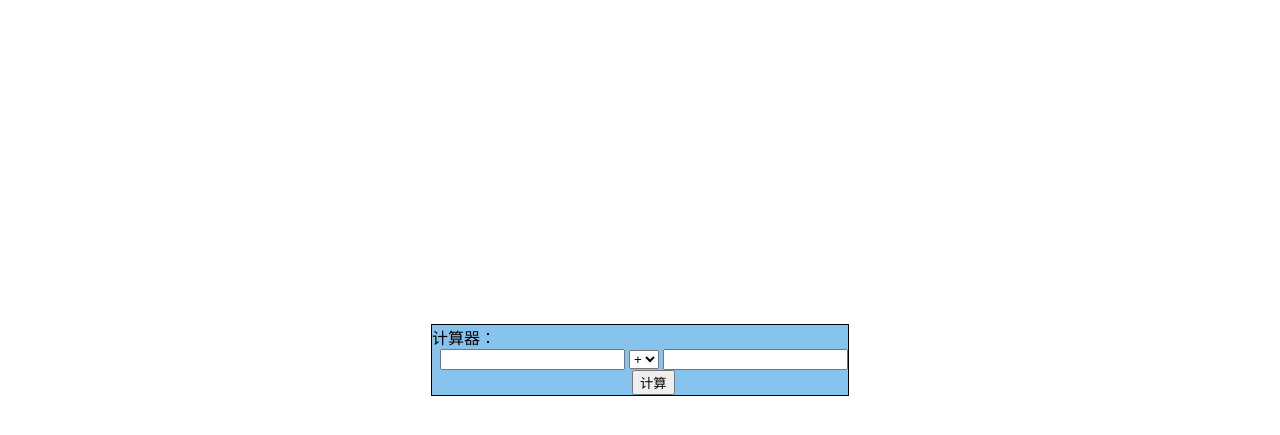
Repository: guirui-li/StudyJavaWeb
Page: http://localhost/JavawebTest/experiment05/table.jsp
The author's editor kept a copy of each file at every save. The page is drawn from the files as they stood at one save, then again after the next save.
The browser window is 1280 px wide. The pictures show the whole page.
The page is served by Tomcat 9.

Above is the page before, as saved 2019-05-03 07:13:43.

After the next save:
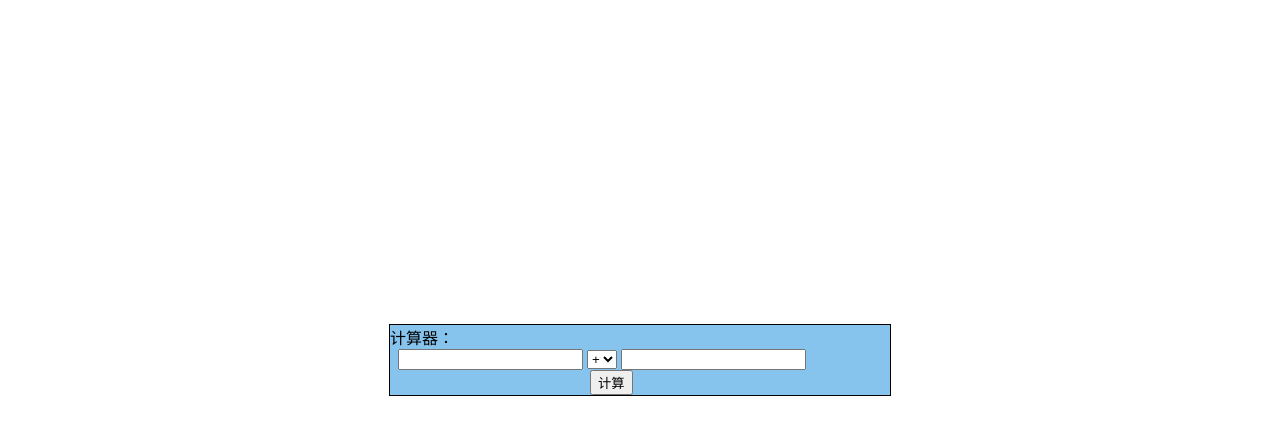
Saved 13 s later.
--- a/JavawebTest/WebContent/experiment05/table.jsp
+++ b/JavawebTest/WebContent/experiment05/table.jsp
@@ -8,7 +8,7 @@
 	<style type="text/css">
 		#form1{
 			border:1px solid black;
-			widht:500px;
+			width:500px;
 			heigth:120px;
 			background-color:#87c4ed;
 			position: absolute;
